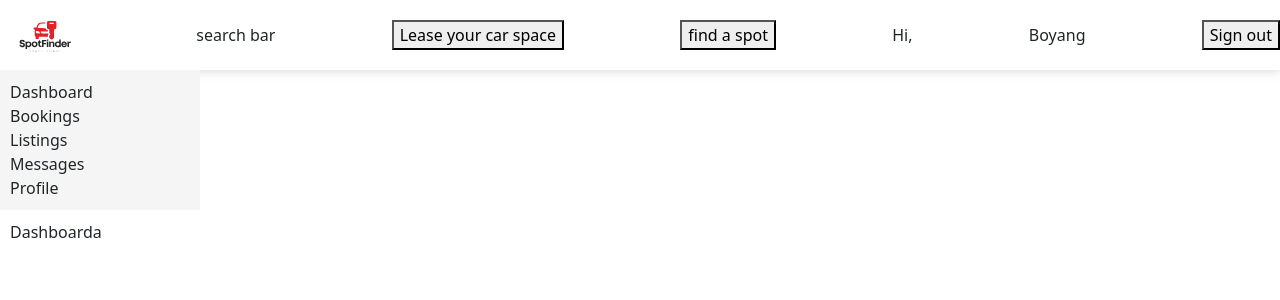
Repository: UNSWSpotFinder/SpotFinder
Page: /dashboard (app in frontend/)
An editor plug-in stored every save of this project. The page is shown before and after the next save, followed by the edit.
The browser window is 1280 px wide. The pictures show the whole page.
The project was rebuilt for these pictures with package versions that can differ from the ones it lists, and the page was loaded fresh each time. Also part of the build but not shown: frontend/src/Login.css, frontend/src/Login.jsx, frontend/src/Regist.css, frontend/src/Regist.jsx, frontend/src/HomePage.jsx, frontend/src/App.css, frontend/src/components/Bookings.jsx, frontend/src/components/Listings.jsx and 2 more.

Above is the page before, as saved 2024-03-09 18:56:03.

### frontend/src/App.jsx
import logo from './logo.svg';
import React, {
  useState,
  useEffect,
  useRef,
  ChangeEvent,
  LabelHTMLAttributes,
  createContext,
  useContext,
  ReactNode,
} from 'react';
import {HomePageLarge,HomePageAdminSmall,HomePageAdminLarge,HomePageSmall} from './HomePage';
import { ErrorProvider, GlobalSnackbar, ErrorContext } from './API';
import { BrowserRouter, Routes, Route, Link } from 'react-router-dom';
import './App.css';

// 导入Dashboard相关页面组件
import DashboardTop from './components/DashboardTop';
import Dashboard from './components/Dashboard';
import Bookings from './components/Bookings';
import Listings from './components/Listings';
import Profile from './components/Profile';
import Messages from './components/Messages';

function App() {
  const [windowWidth, setWindowWidth] = useState(window.innerWidth);
  useEffect(() => {
    // 添加一个事件监听器，以便在窗口大小改变时更新windowWidth状态
    const handleResize = () => {
      setWindowWidth(window.innerWidth);
    };
    window.addEventListener('resize', handleResize);
    // 清除事件监听器以避免内存泄漏
    return () => {
      window.removeEventListener('resize', handleResize);
    };
  }, []);
  let layoutComponentHost;
  let LayoutComponentHome;
  let LayoutDetail;
  if (windowWidth > 760) {
    layoutComponentHost = null;
    LayoutComponentHome = <HomePageLarge/>;
    LayoutDetail = null;
  } else {
    layoutComponentHost = null;
    LayoutComponentHome = <HomePageSmall/>;;
    LayoutDetail = null;
  }
  return(
    <ErrorProvider>
      <GlobalSnackbar/>
        <BrowserRouter>
          <Routes>
            <Route path="/user/*" element={LayoutComponentHome} />
            {/* DashboardTop作为父路由 */}
            <Route path="/dashboard" element={<DashboardTop />}>
            <Route index element={<Dashboard />} />
            <Route path="bookings" element={<Bookings />} />
            <Route path="listings" element={<Listings />} />
            <Route path="messages" element={<Messages />} />
            <Route path="profile" element={<Profile />} />
          </Route>
            {/* Keep the wildcard route to catch all and render Home */}
            <Route path="/*" element={LayoutComponentHome} />
          </Routes>
        </BrowserRouter>
    </ErrorProvider>
  )
}

export default App;

### frontend/src/API.jsx
import Alert from '@mui/material/Alert';
import Snackbar from '@mui/material/Snackbar';
import Button from '@mui/material/Button';
import Stack from '@mui/material/Stack';
import React, { useState, useEffect, createContext,useContext } from 'react';

import { styled } from '@mui/material';
const port = '8080';
export const meetErrorLog = (error) => {
    console.log(error);
    let errorText = '';
    // switch case to show the error
    switch (error) {
      case 'info':
        errorText = 'Invalid username or password !';
        break;
      case 'access':
        errorText = 'No permission, please log in first!';
        break;
      default:
        errorText = 'Network error! Please try again.';
        break;
    }
    return errorText;
  };
export const ErrorContext = createContext({
    snackbarData: { severity: 'info', message: '1',timestamp: new Date().getTime()},
    setOpenSnackbar: () => {}, // 提供一个空函数避免调用时出错
  });
export const useError = () => useContext(ErrorContext);
export const ErrorProvider = ({ children }) => {
  const [snackbarData, setSnackbarData] = useState({
    severity: 'success',
    message: '',
    timestamp: new Date().getTime()
  });
  const setOpenSnackbar = (data) => {
    setSnackbarData(data);
  };
  return (
    <ErrorContext.Provider value={{snackbarData,setOpenSnackbar}}>
      {children}
    </ErrorContext.Provider>
  );
};
// The message to be displayed in the Snackbar
export const GlobalSnackbar = () => {
const { snackbarData, setOpenSnackbar } = useError();
// State to manage the visibility of the Snackbar
const [open, setOpen] = useState(false);
  useEffect(() => {
    console.log('Alert severity:', snackbarData.severity);
    console.log('Alert :', snackbarData.message);
    if (snackbarData.message) {
      setOpen(true);
    }
  }, [snackbarData.message, snackbarData.timestamp]);

  const handleClose = (event, reason) => {
    if (reason === 'clickaway') {
      return;
    }
    setOpen(false);
  };

return (
    // Snackbar component with automatic hiding and custom styling
    <Snackbar open={open} autoHideDuration={6000} onClose={handleClose}>
        <Alert onClose={handleClose} severity={snackbarData.severity}>
        {snackbarData.message}
        </Alert>
  </Snackbar>
);
};
export const callAPIsendEmailCode = (path,input)=>{
    return new Promise((resolve, reject) =>{
        fetch('http://localhost:'+String(port)+'/'+String(path),{
        method:'POST',
        headers: { 'Content-Type': 'application/json' },
        body:JSON.stringify(input),
        })
        .then((response)=>{
            if(response.ok){
                console.log('success');
                console.log(response);
                return resolve(response);
            }
            else if (response.status===400){
                const errorReason = 'Email not correct!';
                return reject(errorReason);
            }
            else{
                const errorReason = 'There is a problem with the network connection!';
                return reject(errorReason);
            }
        })
        .catch((error)=>{
            console.log(error);
        })
    })

}
export const callAPIverifyEmailCode = (path,input)=>{
    return new Promise((resolve, reject) =>{
        console.log(input);
        console.log('http://localhost:'+String(port)+'/'+String(path));
        fetch('http://localhost:'+String(port)+'/'+String(path),{
        method:'POST',
        headers: { 'Content-Type': 'application/json' },
        body:JSON.stringify(input),
        })
        .then((response)=>{
            if(response.ok){
                console.log('success');
                return resolve(response.json());
            }
            else if (response.status===400){
                const errorReason = 'Incorrect verification code.';
                return reject(errorReason);
            }
            else{
                const errorReason = 'There is a problem with the network connection!';
                return reject(errorReason);
            }
        })
        .catch((error)=>{
            console.log(error);
        })
    })

}
export const callAPIloginUser=(path,input)=>{

}
// 用户注册
export const callAPIRegistUser=(path,input)=>{
     return new Promise((resolve, reject) =>{
        console.log(input);
        console.log('http://localhost:'+String(port)+'/'+String(path));
        fetch('http://localhost:'+String(port)+'/'+String(path),{
        method:'POST',
        headers: { 'Content-Type': 'application/json' },
        body:JSON.stringify(input),
        })
        .then((response)=>{
            if(response.ok){
                console.log('success');
                return resolve(response.json());
            }
            else if (response.status===417){
                const errorReason = 'This email has been registed!';
                return reject(errorReason);
            }
            else{
                const errorReason = 'There is a problem with the network connection!';
                return reject(errorReason);
            }
        })
        .catch((error)=>{
            console.log(error);
        })
    })
}
// 用户登录
export const callAPILoginUser=(path,input)=>{
    return new Promise((resolve, reject) =>{
       console.log(input);
       console.log('http://localhost:'+String(port)+'/'+String(path));
       fetch('http://localhost:'+String(port)+'/'+String(path),{
       method:'POST',
       headers: { 'Content-Type': 'application/json' },
       body:JSON.stringify(input),
       })
       .then((response)=>{
           if(response.ok){
               console.log('success');
               return resolve(response.json());
           }
           else if (response.status===401){
               const errorReason = 'Username does not exist or password is incorrect!';
               return reject(errorReason);
           }
           else{
               const errorReason = 'There is a problem with the network connection!';
               return reject(errorReason);
           }
       })
       .catch((error)=>{
           console.log(error);
       })
   })
}
// 密码修改
export const callAPIResetPwdUser=(path,input)=>{
    return new Promise((resolve, reject) =>{
       console.log(input);
       console.log('http://localhost:'+String(port)+'/'+String(path));
       fetch('http://localhost:'+String(port)+'/'+String(path),{
       method:'POST',
       headers: { 'Content-Type': 'application/json' },
       body:JSON.stringify(input),
       })
       .then((response)=>{
           if(response.ok){
               console.log('success');
               return resolve(response.json());
           }
           else if (response.status===401){
               const errorReason = 'Username does not exist or password is incorrect!';
               return reject(errorReason);
           }
           else{
               const errorReason = 'There is a problem with the network connection!';
               return reject(errorReason);
           }
       })
       .catch((error)=>{
           console.log(error);
       })
   })
}

### frontend/src/components/DashboardTop.jsx
import React from 'react';
import { Outlet } from 'react-router-dom';
import './DashboardTop.css';

const DashboardTop = () => {
  return (
    <div className="dashboard-top">
      <div className="Navbar">
        <img src='/img/LOGO.svg' className='Applogo'></img>
        <span>search bar</span>
        <button>Lease your car space</button>
        <button>find a spot</button>
        <span>Hi, </span>
        <span>Boyang </span>
        <button>Sign out</button>
      </div>
      <div className="content-area">
        <div className="side-nav">
          <div>Dashboard</div>
          <div>Bookings</div>
          <div>Listings</div>
          <div>Messages</div>
          <div>Profile</div>
        </div>
        <div className="main-content">
          <Outlet />
        </div>
      </div>
    </div>
  );
};

export default DashboardTop;

### frontend/src/components/Dashboard.jsx
import React from 'react';
import DashboardTop from './DashboardTop';

const Dashboard = () => {
  // 组件的状态和逻辑

  return (
    <div className='Dashboard'>
      {/* 组件的JSX结构 */}
      Dashboarda
    </div>
  );
}

export default Dashboard;

### frontend/src/HomePage.css
.HomeOverall {
    width: 100%;
    height: 100%;
    margin: 0px;
    padding: 0px;
    display: flex;
    flex-direction: column;
    align-items: center;
}
div.Navbar{
    width: 100%;
    height: 70px;
    margin: 0px 0px 0px 0px;
    padding: 0px 10px 0px 0px;
    display: flex;
    align-items: center;
    justify-content: space-between;
    box-shadow: 0px 0px 10px 0px rgba(164, 164, 164, 0.5);
}
div.SearchPart{
    width: calc(100% - 520px);
    min-width: 200px;
    height: 100%;
    margin: 0px;
    padding: 0px;
    display: flex;
    justify-content: center;
    align-items: center;
    align-content: center;
    flex-direction: row;
}
div.SearchPartsmall{
    width: calc(100% - 320px);
    height: 100%;
    margin: 0px;
    padding: 0px;
    display: flex;
    justify-content: center;
    align-items: center;
    align-content: center;
    flex-direction: row;
}
input.Searchbar{
    width: 100%;
    border-radius: 25px;
    padding-left: 13px;
    height: 45%;
    border: 0px;
    transition: box-shadow 0.3s;
    box-shadow: 0px 1px 5px 1px rgba(170, 170, 170, 0.5);
    position: relative;
    font-size: 12px;
    font-family:Arial, Helvetica, sans-serif;
}
input.Searchbar::placeholder{
    color: rgb(200, 200, 200);
}
img.searchbtn{
    border-radius: 20px;
    width: 20px;
    height: 20px;
    margin: 0px 0px 0px 10px;
    padding: 5px;
    right: 475px;
    position: absolute;
    z-index: 1;
    background-color: rgb(210, 0, 0);
    cursor: pointer;
}
img.searchbtnsmall{
    border-radius: 20px;
    width: 20px;
    height: 20px;
    margin: 0px;
    padding: 5px;
    right: 260px;
    position: absolute;
    z-index: 1;
    background-color: rgb(210, 0, 0);
    cursor: pointer;
}
input.Searchbar:hover{
    box-shadow: 0px 1px 10px 1px rgba(164, 164, 164, 0.5);
}
img.searchbtn:hover + .Searchbar {
    box-shadow: 0px 1px 10px 1px rgba(164, 164, 164, 0.5);
}
img.searchbtnsmall:hover + .Searchbar {
    box-shadow: 0px 1px 10px 1px rgba(164, 164, 164, 0.5);
}
button.newspace{
    border-radius: 30px;
    min-width: 200px;
    max-width: 200px;
    font-weight: bold;
    border: 0px;
    margin-left: 20px;
    height: 50%;
    background-color: rgb(250, 250, 250);
    border: 1px solid rgb(230, 230, 230);
    color: rgb(114, 114, 114);
    transition: 0.3s;
    font-size: 12px;
    cursor: pointer;
}
button.newspace:hover{
    color: rgb(0, 0, 0);
    background-color: rgb(230, 230, 230);
}
div.signwarper{
    margin: 0px 10px 0px 0px;
    height: 100%;
    display: flex;
    align-items: center;
}
button.sign{
    border-radius: 5px;
    width: 100px;
    font-weight: bold;
    border: 0px;
    margin-left:15px;
    height: 50%;
    background-color: rgb(255, 255, 255);
    border: 1px solid rgb(0, 0, 0);
    transition: 0.3s;
    font-size: 12px;
    cursor: pointer;
}
button.sign:hover{
    background-color: rgb(230, 230, 230);
}
input:focus {
    outline: none;
}
img.Applogo{
    height: 100%;
    margin: 0px 0px 0px 10px;
}
p.image-container-title{
    font-weight: 800;
    font-family: Arial;
    position: absolute;
    top: calc(10vw); /* 根据需要调整 */
    left: 5%; /* 根据需要调整 */
    width: 60%;
    color: rgb(0, 0, 0); /* 文字颜色 */
}
p.image-container-title-small{
    font-weight: 800;
    font-size: 20px;
    font-family: Arial;
    position: absolute;
    top: calc(15vw); /* 根据需要调整 */
    left: 5%; /* 根据需要调整 */
    width: 60%;
    color: rgb(0, 0, 0); /* 文字颜色 */
}
p.image-container-sub{
    font-weight: 400;
    font-family: Arial;
    position: absolute;
    left: 5%; /* 根据需要调整 */
    color: rgb(0, 0, 0); /* 文字颜色 */
}
p.image-container-sub-small{
    font-size: 12px;
    font-weight: 400;
    width: 44%;
    top: calc(28vw);
    font-family: Arial;
    position: absolute;
    left: 5%; /* 根据需要调整 */
    color: rgb(0, 0, 0); /* 文字颜色 */
}
p.image-container-txt{
    font-weight: 200;
    font-family: Arial;
    position: absolute;
    left: 5%; /* 根据需要调整 */
    width: 40%;
    color: rgb(0, 0, 0); /* 文字颜色 */
}
p.image-container-txt-small{
    font-size: 12px;
    font-weight: 400;
    width: 40%;
    top: calc(42vw);
    font-weight: 200;
    font-family: Arial;
    position: absolute;
    left: 5%; /* 根据需要调整 */
    color: rgb(0, 0, 0); /* 文字颜色 */
}
@media (max-width: 1200px) {
    p.image-container-sub{
        font-size: 19.0px;
        top: calc(25vw); /* 根据需要调整 */
        width: 45%;
    }
    p.image-container-txt{
        font-size: 20px;
        top: calc(40vw); /* 根据需要调整 */
    }
    p.image-container-title{
        font-size: 30px;
    }
}
@media (min-width: 1200px) {
    p.image-container-sub{
        font-size: 25px;
        width: 40%;
        top: calc(24vw); /* 根据需要调整 */
    }
    p.image-container-txt{
        font-size: 25px;
        top: calc(38vw); /* 根据需要调整 */
    }
    p.image-container-title{
        font-size: 45px;
    }
}

div.FilterPart{
    height: 80px;
    width: 100%;
    padding: 5px;
    background-color: #f9f9f9;
    display: flex;
    justify-content: space-between;
    align-items:center;
}
div.FilterPart-small{
    height: 155px;
    width: 100%;
    background-color: #f9f9f9;
    display: flex;
    flex-direction: column;
    justify-content: space-between;
    padding: 10px 10px 10px 10px;
    border-bottom: 1px solid rgb(238, 238, 238);
}

div.filter-top{
    display: flex;
    align-items: center;
    justify-content: space-between;
}
div.inner-left{
    display: flex;
    flex-direction: column;
    height: 100%;
    margin-right: 20px;
}
select.mglr{
    margin: 0px 5px 0px 0px;
    width: 10%;
    min-width: 130px;
    height: 70%;
    font-size: 12px;
    border-radius: 20px;
}
select.mglr-s{
    margin: 0px 5px 5px 0px;
    width: 10%;
    min-width: 130px;
    font-size: 12px;
    border-radius: 20px;
}
select.mglr-r{
    margin: 0px 5px 0px 0px;
    width: 10%;
    min-width: 90px;
    height: 70%;
    font-size: 12px;
    border-radius: 20px;
}
select.mglr-s-r{
    margin: 0px 5px 0px 0px;
    width: 100px;
    min-width: 90px;
    height: 70%;
    font-size: 12px;
    border-radius: 20px;
}
.popular{
    background-color: white !important;
    color: black !important;
}
div.pricerange{
    display: flex;
    flex-direction: column;
    height: 100%;
    justify-content: center;
    align-items: center;
    padding: 0px;
    margin: 0px;
    margin-left: 5px;
    align-items: center;
}
label.pricerange{
    font-size: 13px;
    font-weight: 500;
    color: black;
    padding: 0px;
}
input.pricerange{
    width: 50px;
    height: 50%;
    font-size: 14px;
    border-radius: 10px;
    border-width: 1px;
    border-style: solid;
    border-color: rgb(0, 0, 0);
    margin: 0px;
    padding: 0px 5px;
}
label.pricerange-s{
    font-size: 15px;
    font-weight: 500;
    color: black;
    padding: 0px 5px 0px 0px;
}
input.pricerange-s{
    height: 60%;
    width: 60%;
    font-size: 16px;
    border-radius: 10px;
    border-width: 1px;
    border-style: solid;
    border-color: rgb(0, 0, 0);
    margin: 0px 5px 0px 0px;
    padding: 0px 5px;
}
.timechoice{
    width: 20%;
    margin: 0px 5px 0px 0px;
}
.timechoice-s{
    margin: 0px 10px;
    width: 40%;
}
div.hflex{
    display: flex;
    height: 100%;
    align-items: center;
}
button.selectcar{
    width: 140px;
    font-size: 10px;
    height: 50px;
    background-color: black;
    color: white;
    font-weight: 500;
    border: 0px;
    border-radius: 10px;
    transition: 0.3s;
    margin-left: 5px;
}
button.selectcar:hover{
    background-color: rgb(55, 55, 55);
    color: rgb(255, 255, 255);
}
div.marginLR{
    display: flex;
    margin: 0px 5px;
    width: 100%;
}
div.ListingPart{
    width: 100%;
    margin-top: 15px;
    margin-bottom: 15px;
    padding: 0px 0px 0px 10px;
    display: flex;
    flex-wrap: wrap;
}
div.SpaceOverall{
    height: 135px;
    box-shadow: 0px 0px 10px 0px rgba(164, 164, 164, 0.5);
    border-radius: 10px;
    display: flex;
    align-items: center;
    padding: 0px 7px;
    margin: 0px 10px 10px 0px;
}

@media (max-width: 800px) {
    div.SpaceOverall{
        width: calc(100vw - 15px);
        min-width: 385px;
    }
}

@media (max-width: 1200px) and (min-width:800px) {
    div.SpaceOverall{
        width: calc(50vw - 15px);
        min-width: 385px;
    }
}

@media (min-width: 1200px) {
    div.SpaceOverall{
        width: calc(33.33vw - 14px);
    }
}

img.spaceimg{
    border-radius: 12px;
    object-fit: cover;
}
div.info{
    height:90%;
    margin-left:10px ;
    width: 100%;
}
p.space-title{
    padding: 0px;
    margin: 0px;
    font-size: 16px;
    color: #555555;
}
p.space-price{
    padding: 0px;
    margin: 0px;
    font-size: 12px;
    margin-top: 4px;
    color: #7F7F7F;
}
p.space-location{
    padding: 0px;
    margin: 0px;
    font-size: 12px;
    margin-top: 2px;
    color: #7F7F7F;
}
p.space-type{
    padding: 0px;
    margin: 0px;
    font-size: 12px;
    margin-top: 2px;
    color: #7F7F7F;
    margin-bottom: 2px;
}
div.order-part{
    display: flex;
    margin-top: 7px;
}
img.order-times{
    width: 20px;
    height: 20px;
}
p.times{
    padding: 0px;
    margin: 0px 0px 0px 3px;
    font-size: 13px;
    color: #7F7F7F;
}
div.right-top{
    display: flex;
    flex-direction: row;
    justify-content: space-between;
    width: 100%;
}
div.right-bottom{
    display: flex;
    flex-direction: row;
    justify-content: space-between;
    width: 100%;
    height: 30px;
    margin-bottom: 5px;
}
div.rate-part{
    display: flex;
    justify-content: center;
}
img.rate-img{
    width: 20px;
    height: 20px;
    margin-right: 2px;
}
p.rate-txt{
    color: #333333;
    font-size: 14px;
    margin: 0px;
    padding: 0px;
}
button.specific-info{
    border: 0px;
    background-color:#E22229;
    border-radius: 5px;
    color: white;
    height: 30px;
    width: 180px;
    font-size: 12px;
    font-weight: 500;
    transition: 0.3s;
    margin: 1px 0px;
}
button.specific-info:hover{
    background-color:#ba191e;
}
div.filter-bottom{
    display: flex;
    align-items: center;
    justify-content: space-between;
}

### frontend/src/components/DashboardTop.css
/* DashboardTop.css */

/* 整体布局 */
.dashboard-top {
    display: flex;
    flex-direction: column;
    height: 100vh; /* 使布局填满整个视口高度 */
  }

/* 顶部导航样式 */
div.Navbar{
    width: 100%;
    height: 70px;
    margin: 0px 10px 0px 0px;
    padding: 0px;
    display: flex;
    align-items: center;
    justify-content: space-between;
    box-shadow: 0px 0px 10px 0px rgba(164, 164, 164, 0.5);
  }

img.Applogo{
    height: 100%;
    margin: 0px 0px 0px 10px;
  }





  TODO:
/* 内容区域样式，包含侧边导航和主内容区 */
.content-area {
    display: flex;
    flex-grow: 1; /* 占据剩余空间 */
  }

/* 侧边导航样式 */
.side-nav {
    background-color: #f5f5f5; /* 浅色背景 */
    width: 200px; /* 定宽 */
    padding: 10px; /* 内边距 */
  }

/* 主内容区域样式 */
.main-content {
    flex-grow: 1; /* 占据剩余空间 */
    padding: 10px; /* 内边距 */
  }

Loaded but not shown: frontend/public/index.html (common file); frontend/src/index.js (common file); frontend/src/index.css (common file); frontend/src/reportWebVitals.js (common file)

After the next save:
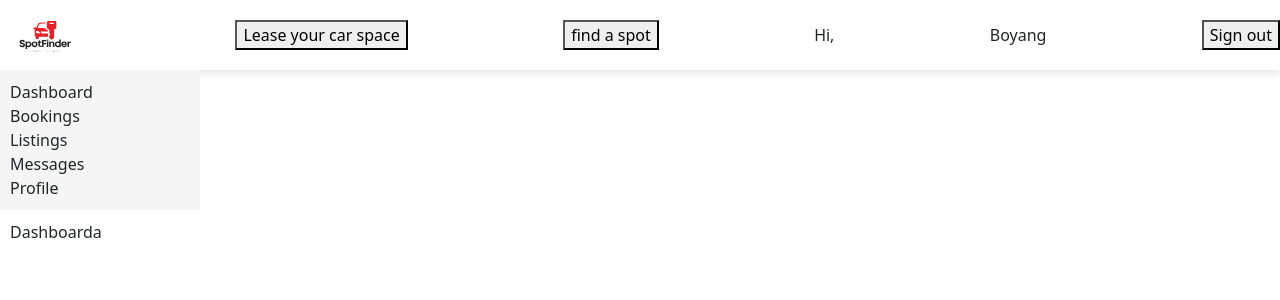
Saved 9 s later.
--- a/frontend/src/components/DashboardTop.jsx
+++ b/frontend/src/components/DashboardTop.jsx
@@ -7,7 +7,7 @@ const DashboardTop = () => {
     <div className="dashboard-top">
       <div className="Navbar">
         <img src='/img/LOGO.svg' className='Applogo'></img>
-        <span>search bar</span>
+        {/* 搜索区域 */}
         <button>Lease your car space</button>
         <button>find a spot</button>
         <span>Hi, </span>
